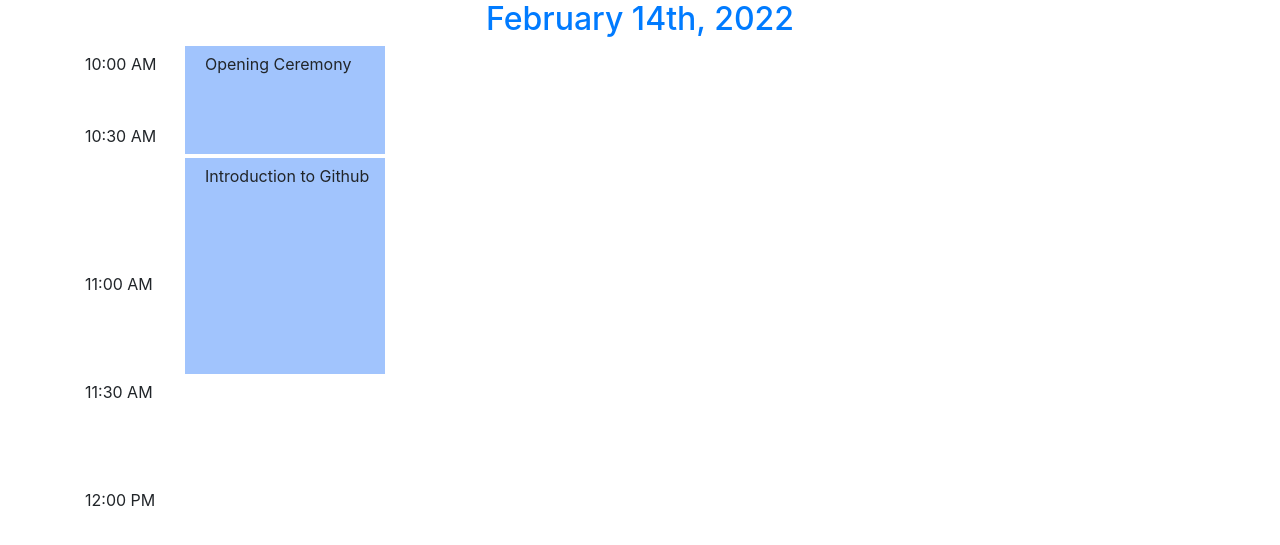
Repository: BaileyLuu/yuHacks2022
Page: public/schedule.html
An editor plug-in stored every save of this project. The page is shown before and after the next save, followed by the edit.
The browser window is 1280 px wide. The pictures show the whole page.
Some web libraries are served in a nearby version.

Above is the page before, as saved 2021-11-20 13:50:05.

After the next save:
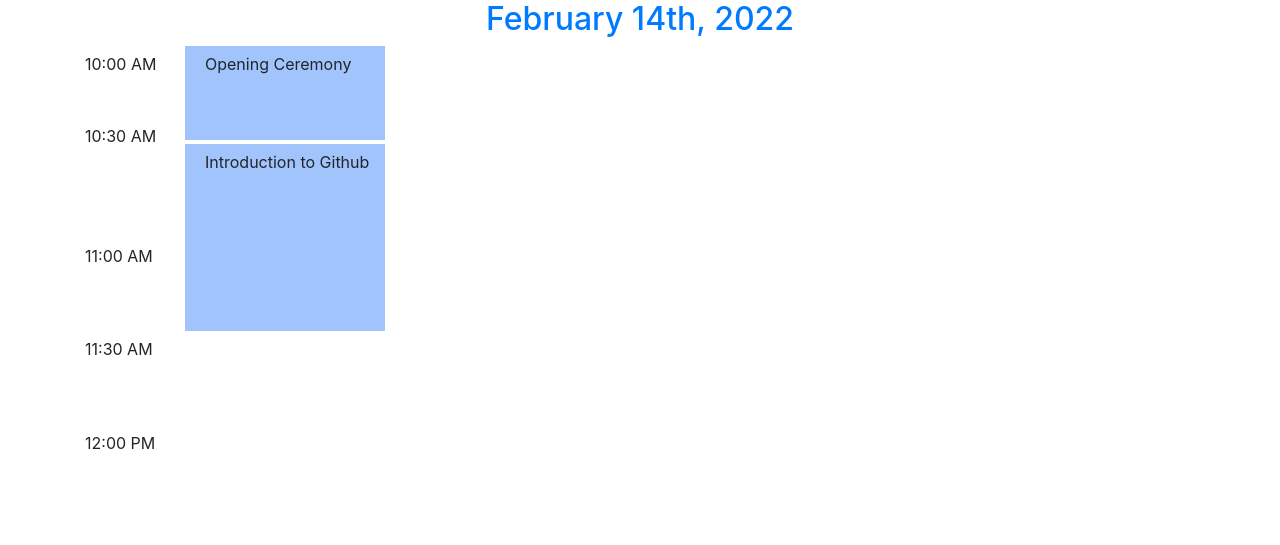
Saved 4 s later.
--- a/public/schedule.css
+++ b/public/schedule.css
@@ -6,7 +6,7 @@
   display:flex;
   flex-direction: column;
   width: 200px;
-  height:15vh;
+  height:13vh;
   box-sizing: border-box;
   z-index: 50;
   line-height: 5vh;
